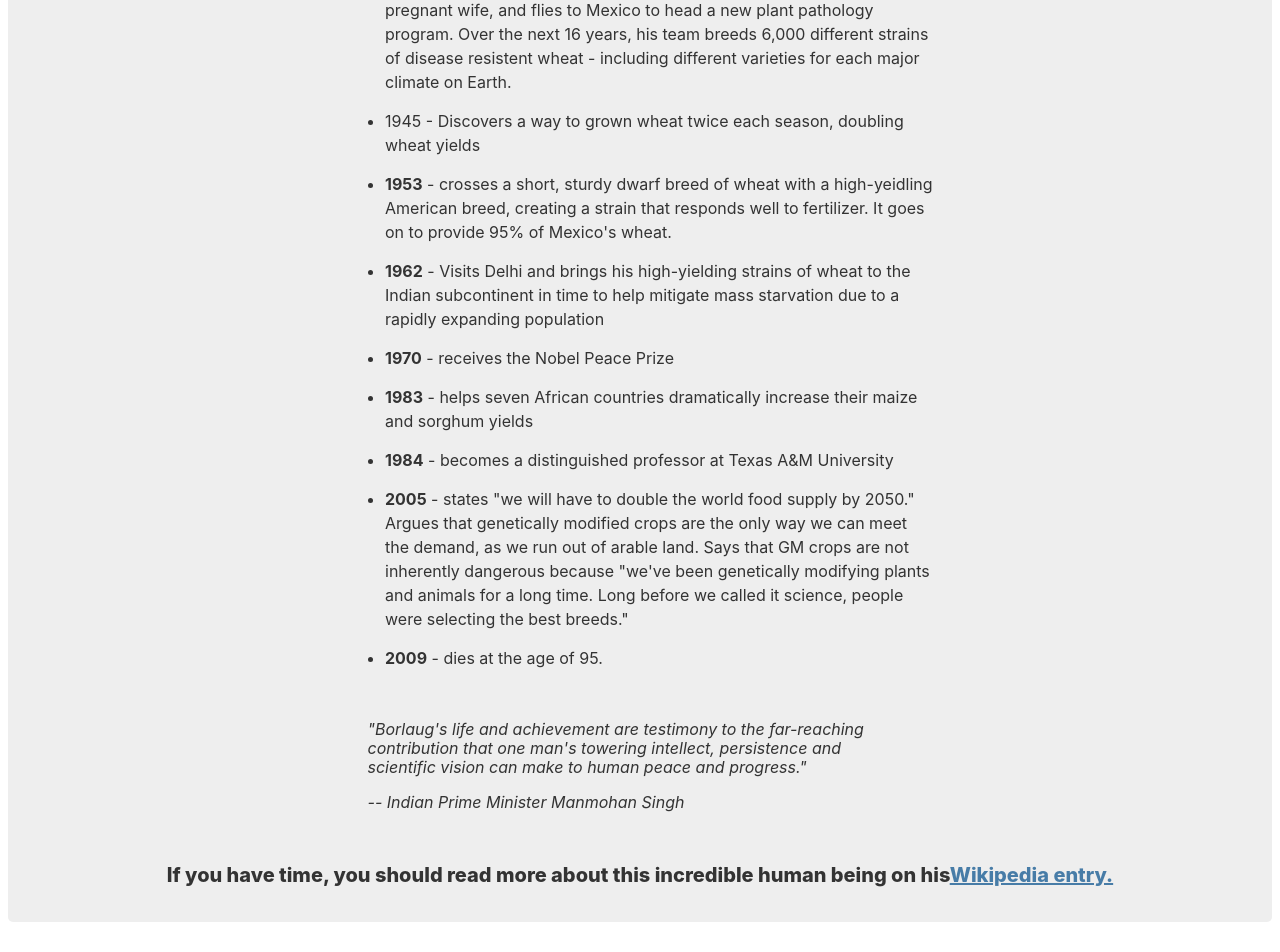
Repository: Lungdjos/tribute-page-certificate
Page: index.html
The author's editor kept a copy of each file at every save. The page is drawn from the files as they stood at one save, then again after the next save.
The browser window is 1280 px wide. The pictures show the part of the page from y = 1178 to 2130 px (the page is 2130 px tall).
A picture or video elsewhere on the page could not be fetched, so the positions and the page height are approximate.

Above is the page before, as saved 2023-10-30 14:58:08.

### index.html
<!DOCTYPE html>
<html lang="en">

<head>
    <meta charset="UTF-8">
    <meta name="viewport" content="width=device-width, initial-scale=1.0">
    <title>Tribute Page</title>
    <link rel="stylesheet" href="styles.css">
</head>

<body>
    <main id="main">
        <h1 id="title">Dr. Norman Borlaug</h1>
        <p>The man who saved a billion lives</p>
        <div id="img-div">
            <img id="image" src="https://cdn.freecodecamp.org/testable-projects-fcc/images/tribute-page-main-image.jpg" alt="">
            <figcaption id="img-caption">Dr. Norman Borlaug, third from the left, trains biologists in Mexico on how to increase wheat yields - part of his life-long war on hunger.</figcaption>
        </div>
        <div id="tribute-info">
            <h2 class="sub-heading">Here's a time line of Dr. Borlaug's life:</h2>
            <ul>
                <li><strong>1914</strong> - Born in Cresco, lowa</li>
                <li><strong>1933</strong> - Leaves his family's farm to attend the University of Minnesota, thanks to a Depression era program known as the "National Youth Administration"</li>
                <li><strong>1935</strong> - Has to stop school and save up more money. Works in the Civilian Conservation Corps, helping starving Americans. "I saw how food changed them", he said. "All of this left scars on me."</li>
                <li><strong>1937</strong> - Finishes university and takes a job in the US Forestry Service</li>
                <li><strong>1938</strong> - Marries wife of 69 years Margret Gibson. Gets laid off due to budget cuts. Inspired by Elvin Charles Stakman, he returns to school study under Stakman, who teaches him about breeding pest-resistent plants.</li>
                <li><strong>1941</strong> - Tries to enroll in the military after the Pearl Harbor attack, but is rejected. Instead, the military asked his lab to work on waterproof glue, DDT to control malaria, disinfectants, and other applied science.</li>
                <li><strong>1942</strong> - Receives a Ph.D. in Genetics and Plant Pathology</li>
                <li><strong>1944</strong> - Rejects a 100% salary increase from Dupont, leaves behind his pregnant wife, and flies to Mexico to head a new plant pathology program. Over the next 16 years, his team breeds 6,000 different strains of disease
                    resistent wheat - including different varieties for each major climate on Earth.</li>
                <li>1945<strong></strong> - Discovers a way to grown wheat twice each season, doubling wheat yields</li>
                <li><strong>1953</strong> - crosses a short, sturdy dwarf breed of wheat with a high-yeidling American breed, creating a strain that responds well to fertilizer. It goes on to provide 95% of Mexico's wheat.</li>
                <li><strong>1962</strong> - Visits Delhi and brings his high-yielding strains of wheat to the Indian subcontinent in time to help mitigate mass starvation due to a rapidly expanding population</li>
                <li><strong>1970</strong> - receives the Nobel Peace Prize</li>
                <li><strong>1983</strong> - helps seven African countries dramatically increase their maize and sorghum yields</li>
                <li><strong>1984</strong> - becomes a distinguished professor at Texas A&M University</li>
                <li><strong>2005</strong> - states "we will have to double the world food supply by 2050." Argues that genetically modified crops are the only way we can meet the demand, as we run out of arable land. Says that GM crops are not inherently
                    dangerous because "we've been genetically modifying plants and animals for a long time. Long before we called it science, people were selecting the best breeds."</li>
                <li><strong>2009</strong> - dies at the age of 95.</li>

            </ul>
            <blockquote cite="http://news.rediff.com/report/2009/sep/14/pm-pays-tribute-to-father-of-green-revolution-borlaug.htm">
                <p>
                    "Borlaug's life and achievement are testimony to the far-reaching contribution that one man's towering intellect, persistence and scientific vision can make to human peace and progress."
                </p>
                <cite>-- Indian Prime Minister Manmohan Singh</cite>
            </blockquote>
            <p class="foot">If you have time, you should read more about this incredible human being on his<a href="https://en.wikipedia.org/wiki/Norman_Borlaug" target="_blank" id="tribute-link">Wikipedia entry.</a></p>
        </div>
    </main>

</body>

</html>

### styles.css
    html {
        font-size: 10px;
    }

    body {
        background: #fff;
        text-align: center;
        color: #333;
        margin: 0;
        line-height: 1.2;
        font-size: 1.6rem;
        font-family: -apple-system, BlinkMacSystemFont, 'Segoe UI', 'Roboto', 'Helvetica Neue', Arial, sans-serif;
    }

    h1 {
        font-size: 4rem;
        margin-top: 0;
    }

    @media (max-width: 40px) {
        h1 {
            font-size: 3.5rem;
            line-height: 1.2;
        }
    }

    h2 {
        font-size: 3.23rem;
    }

    #main {
        background: #eee;
        margin: 30px 8px;
        border-radius: 5px;
        padding: 15px;
    }

    @media (max-width: 460px) {
        #main {
            margin: 0;
        }
    }
    /* image styling */

    #img-div {
        background: #fff;
        padding: 10px;
        margin: 0;
    }

    #img-caption {
        margin: 15px 0;
    }

    @media (max-width: 460px) {
        #img-caption {
            font-size: 1.4rem;
        }
    }

    .sub-heading {
        margin: 50px 0;
        text-align: center;
    }

    img {
        max-width: 100%;
        display: block;
        height: auto;
        margin: 0 auto;
    }
    /* tribute infomation */

    #tribute-info ul {
        line-height: 1.5;
        text-align: left;
        margin: 0 auto 50px auto;
        max-width: 550px;
    }

    li {
        margin: 15px 0;
    }
    /* styling at the bottom */

    blockquote {
        font-style: italic;
        max-width: 545px;
        margin: 0 auto 50px auto;
        text-align: left;
    }

    a {
        color: #477ca7;
    }

    a:visited {
        color: #74638f;
    }

    .foot {
        font-size: 20px;
        font-weight: 800;
    }

After the next save:
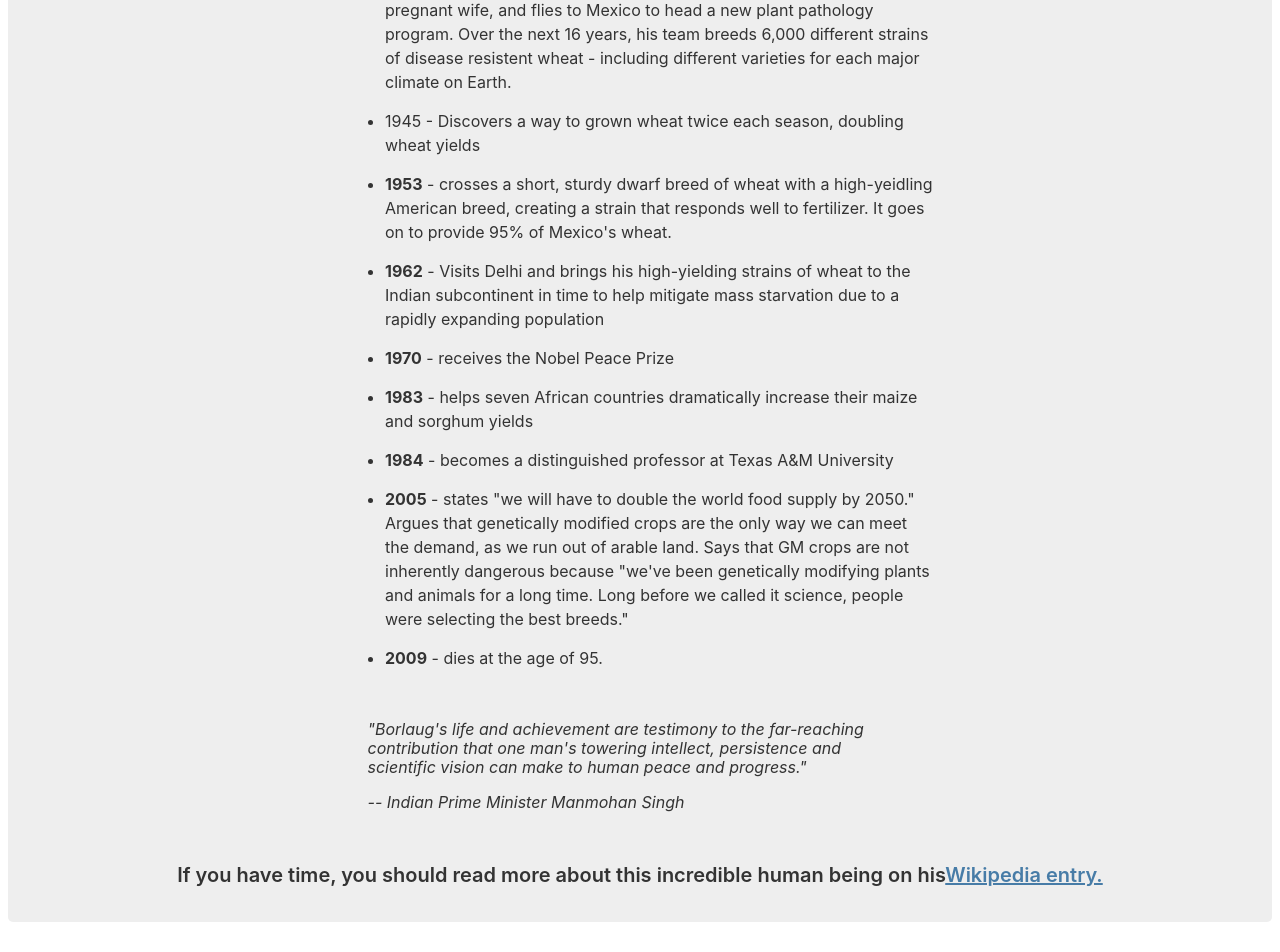
Saved 8 s later.
--- a/styles.css
+++ b/styles.css
@@ -100,5 +100,5 @@
 
     .foot {
         font-size: 20px;
-        font-weight: 800;
+        font-weight: 600;
     }
